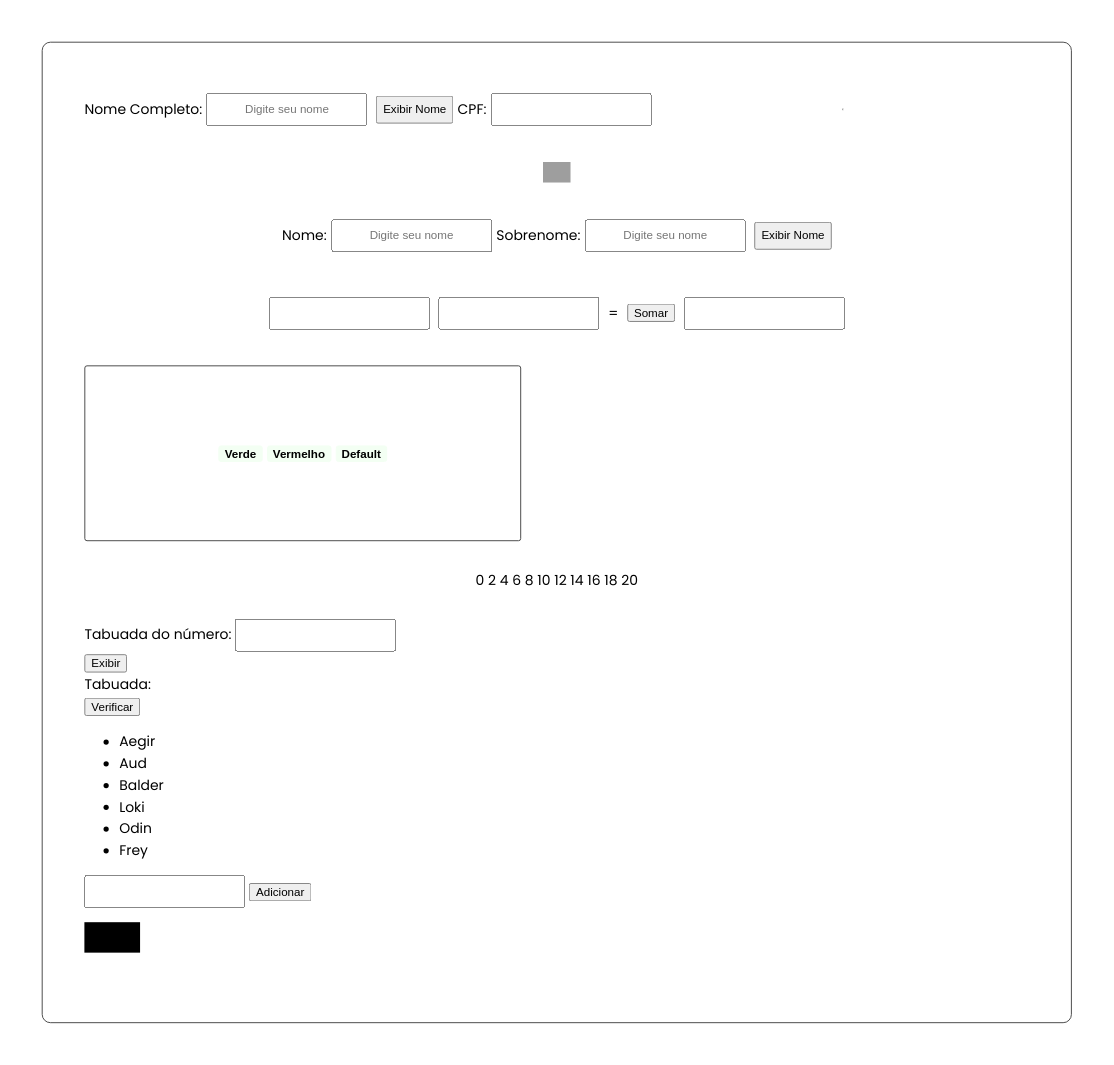
Repository: guilhermecardoso93/exerciciosjs
Page: index.html
The author's editor kept a copy of each file at every save. The page is drawn from the files as they stood at one save, then again after the next save.
The browser window is 1280 px wide. The pictures show the whole page, at 87% of full size.
Pictures or frames that could not be fetched are drawn as grey boxes.

Above is the page before, as saved 2023-05-21 17:27:26.

### index.html
<!DOCTYPE html>
<html lang="pt-Br">
  <head>
    <meta charset="UTF-8" />
    <meta http-equiv="X-UA-Compatible" content="IE=edge" />
    <meta name="viewport" content="width=device-width, initial-scale=1.0" />
    <link rel="preconnect" href="https://fonts.googleapis.com" />
    <link rel="preconnect" href="https://fonts.gstatic.com" crossorigin />
    <link rel="stylesheet" href="styles.css" />
    <link
      href="https://fonts.googleapis.com/css2?family=Poppins:wght@400;500&display=swap"
      rel="stylesheet"
      />
    <title>40 - exercícios de JS</title>
  </head>
  <body>
    <div class="NameDiv">
      <p>Nome Completo:</p>
      <input type="text" name="name" id="name" placeholder="Digite seu nome" />
      <br />
      <input type="button" value="Exibir Nome" id="exibir-nome" />
      <p>CPF:</p>
      <input maxlength="14" id="cpf" />
      <hr />
    </div>
    <div>
      <img id="lamp" src="https://www.w3schools.com/js/pic_bulboff.gif" />
    </div>
    <div class="fullNameDiv">
      <p>Nome:</p>
      <input
        type="text"
        name="name-2"
        id="name-2"
        placeholder="Digite seu nome"
        />
      <p>Sobrenome:</p>
      <input
        type="text"
        name="fullname"
        id="fullname"
        placeholder="Digite seu nome"
        />
      <br />
      <input type="button" value="Exibir Nome" id="exibir-nome-convidado" />
    </div>
    <div>
      <input type="text" id="number-1" maxlength="5" /><br /><br />
      <input type="text" id="number-2" maxlength="5" /><br />
      <p>=</p>
      <br />

      <button id="buttonSoma">Somar</button><br /><br />

      <input type="text" id="result" maxlength="5" />
    </div>
    <div id="container">
      <button id="greenButton">Verde</button>
      <button id="redButton">Vermelho</button>
      <button id="defaultButton">Default</button>
    </div>

    <div id="resultado"></div>
    Tabuada do número: <input id="num" type="number" /> <br />
    <button onclick="tabuada()">Exibir</button><br />
    Tabuada: <br />
    <div id="resposta" style="display: inline"></div>
    <button onclick="verificarNumero()">Verificar</button>
    <ul id="nomes"></ul>
    <input type="text" id="inputTexto">
    <button onclick="adicionarTexto()">Adicionar</button>
    <ul id="lista"></ul>

    <div id="contador"></div>

  </body>
  <script src="./script.js"></script>
</html>

### styles.css
body {
  font-family: "Poppins", sans-serif;
  margin: 3rem;
  border: 1px solid #333;
  border-radius: 10px;
  padding: 3rem;
}

main {
  margin: 0 auto;
  align-items: center;
  justify-content: center;
}

#lamp {
  cursor: pointer;
  cursor: hand;
  width: 2rem;
}

body input {
  height: 2rem;
  text-align: center;
}

div {
  display: flex;
  gap: 5px;
  align-items: center;
  justify-content: center;
  margin-bottom: 2rem;
}

#container {
  display: flex;
  gap: 5px;
  align-items: center;
  justify-content: center;

  width: 500px;
  height: 200px;
  border: 1px solid #333;
  border-radius: 3px;
}

#container button {
  border: 1px solid #f3fff3;
  border-radius: 3px;
  background-color: #f3fff3;
  font-weight: bold;
}


#tabuadaDiv {
  display: flex;
  flex-direction: column;
}

#contador {
  font-size: 24px;
  color: black;
  background: black;
  width: 4rem;
}

### script.js
function multi(numb1, number2) {
  console.log(numb1 * number2);
}

function desc(n){
  console.log((n* 0.05))
}

function age(year) {
  var data = new Date();
  var actualYear = data. getFullYear();

  const diference = actualYear - year

  if(diference <= 18 && diference >= 0) {
    return console.log('Você é menor de idade', diference)
  } else {
    return console.log('Você é maior de idade', diference)
  }
}

const divResultado = document.getElementById('resultado')

divResultado.innerHTML = 'Repetição'

divResultado.innerHTML = 'Repetição'.repeat(2);

var repeticao = '';

for (var i = 0; i < 20; i++) {
  repeticao += 'Repetição ';
}
divResultado.textContent = repeticao;

var contador = 0;
/*while (contador < 5) {
  repeticao += 'Repetição ';
  contador++;
}

divResultado.textContent = repeticao; */

do {
  repeticao += 'Repetição ';
  contador++;
} while (contador < 5);

divResultado.textContent = repeticao;

var numeros = '';

for (var i = 0; i <= 10; i++) {
  numeros += i + ' ';
}

divResultado.textContent = numeros;

var numerosPares = '';

for (var i = 0; i <= 20; i += 2) {
  numerosPares += i + ' ';
}

divResultado.textContent = numerosPares;


var tabuadaDiv = document.getElementById('tabuadaDiv');

function tabuada(){
  var num = parseInt(document.getElementById("num").value);
  var resposta = document.getElementById('resposta');
  var tabuada='';

  for(var count=1; count<=10 ; count++)
   tabuada += num+" x "+count+" = "+
               num*count+"<br />";

  resposta.innerHTML = tabuada;
}

function verificaCaracteresDota(texto) {
  var padrao = /dota/i; // 'dota' com a flag 'i' torna a busca case-insensitive
  return padrao.test(texto);
}

var texto1 = 'Dota é melhor que LOL';
console.log(verificaCaracteresDota(texto1)); // true

var texto2 = 'Lol é melhor que CS';
console.log(verificaCaracteresDota(texto2)); // false


var numeroAleatorio = Math.floor(Math.random() * 100) + 1;

function verificarNumero() {
  var numeroInserido = parseInt(prompt("Digite um número entre 1 e 100:"));

  if (numeroInserido === numeroAleatorio) {
    alert("Parabéns! Você acertou o número!");
  } else {
    alert("Infelizmente, você errou. O número correto era: " + numeroAleatorio);
  }
}

var dataAtual = new Date();
var dia = dataAtual.getDate();
var mes = dataAtual.getMonth() + 1; // Lembrando que o mês começa em 0
var ano = dataAtual.getFullYear();

var dataFormatada = dia + '/' + mes + '/' + ano;

console.log(dataFormatada);

var proximoMes = mes + 1;
if (proximoMes > 12) {
  proximoMes = 1;
  ano++;
}

console.log("Próximo mês: " + proximoMes + '/' + ano);

var deuses = ['Aegir', 'Aud', 'Balder']

console.log(deuses.length)

deuses.forEach(function(deus) {
  console.log(deus);
});

 /*
deuses.map(function(deus) {
  alert(deus);
});

// Usando a função de callback reduce()
deuses.reduce(function(_, deus) {
  alert(deus);
});

// Usando a função de callback filter()
deuses.filter(function(deus) {
  alert(deus);
}); */

deuses.push('Loki', 'Odin', 'Frey')
console.log(deuses)
console.log(deuses.length)

var numbers = [5, 7, 1, 8, 9]

console.log(numbers.sort())

var ul = document.getElementById('nomes');

deuses.forEach(deus => {
  var li = document.createElement('li');
  li.textContent = deus;
  ul.appendChild(li);
})


var arrayTexto = [];

function adicionarTexto() {
  var input = document.getElementById('inputTexto');
  var texto = input.value;

  arrayTexto.push(texto);
  input.value = '';

  exibirLista();
}

function exibirLista() {
  var ul = document.getElementById('lista');
  ul.innerHTML = '';

  arrayTexto.forEach(function(texto) {
    var li = document.createElement('li');
    li.textContent = texto;

    if (isNumeroPar(texto)) {
      li.classList.add('par');
    }

    ul.appendChild(li);
  });
}

function isNumeroPar(texto) {
  var numero = parseInt(texto);
  return !isNaN(numero) && numero % 2 === 0;
}
var contador = document.getElementById('contador');
var numero = 0;
var cor = 'preto';

function alternarCor() {
  cor = cor === 'preto' ? 'branco' : 'preto';
  contador.style.color = cor;
}

function exibirNumero() {
  contador.textContent = numero;
  alternarCor();
  numero++;

  if (numero <= 5) {
    setTimeout(exibirNumero, 1000);
  }
}

exibirNumero();

After the next save:
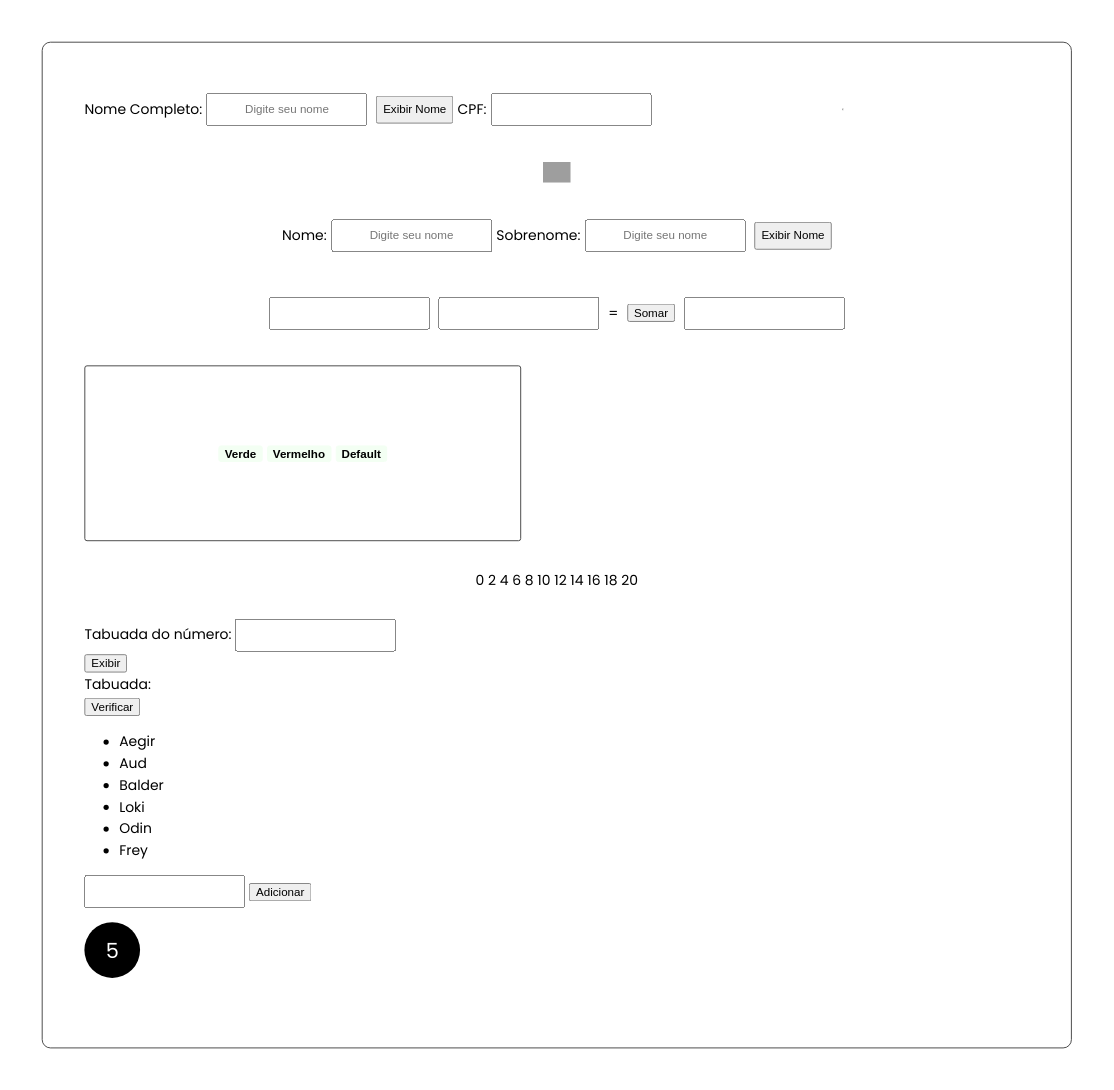
Saved 17 s later.
--- a/styles.css
+++ b/styles.css
@@ -58,7 +58,9 @@ div {
 
 #contador {
   font-size: 24px;
-  color: black;
+  color: white;
   background: black;
   width: 4rem;
+  height: 4rem;
+  border-radius: 50%;
 }
